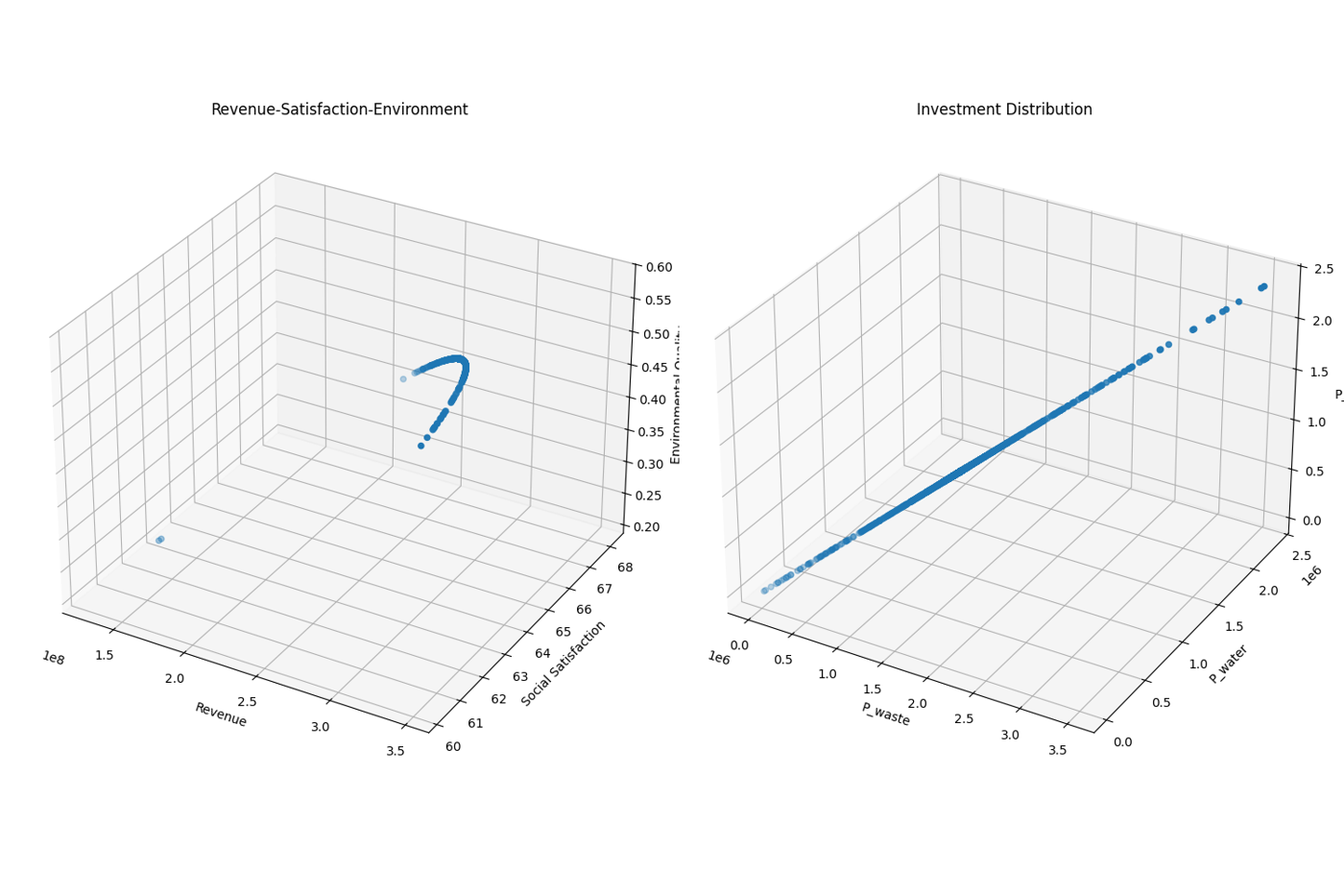
Repository: Kevinye0116/MCM
Script's output: python Coding/trial3.py
These files come from the project's save history. The script's output is drawn as it stood at one moment and after the next save; the edit follows.
The pictures are shown at 96% of full size.
Figures wider than 1,400 px are first shrunk to that width. Random numbers start from a fixed seed.

Above is the script's output before, as saved 2025-01-25 23:20:41.

### Coding/trial3.py
from typing import List, Tuple

import matplotlib.pyplot as plt
import numpy as np
from mpl_toolkits.mplot3d import Axes3D


class TourismOptimization:
    def __init__(self):
        # 模型系数
        self.k1 = 0.5  # 环保投资效率系数
        self.k2 = 0.3  # 碳排放影响系数
        self.k3 = 0.2  # 自然恢复系数
        self.k4 = 0.15  # 基础设施发展系数
        self.k5 = 0.15  # 废物处理投资系数
        self.k6 = 0.1  # 水资源投资系数
        self.k7 = 0.1  # 环保投资系数

        # 社会满意度参数
        self.a1 = -1.975284171471327e-11  # 游客数量对居民满意度的影响系数
        self.a2 = 4.772497706879391e-05  # 旅游税对游客满意度的影响系数
        self.a3 = 0.015  # 消费水平对游客满意度的影响系数
        self.b1 = 39.266042633247565  # 居民基础满意度
        self.b2 = 60  # 游客基础满意度

        # 约束条件上限
        self.Nt_max = 5000000  # 最大游客数量
        self.tau_max = 7  # 最大旅游税
        self.Pt = 190  # 固定游客消费为常数
        self.Pt_max = 190  # 更新最大游客消费为固定值
        self.CO2_max = 500000  # 最大碳排放量
        self.E = 0  # 最小环境质量指数

        # 其他参数
        self.CO2p = 0.184  # 人均碳排放量

        # 系统动态参数
        self.dt = 0.1  # 时间步长

        # 新增参数
        self.Cwater = 18900000  # 水资源容量
        self.Cwaste = 2549110  # 废物处理容量
        self.a4 = 0.01  # 游客数量对游客满意度的影响系数
        self.b3 = 10  # 废物处理基准增长率

    def calculate_revenue(self, x: np.ndarray) -> float:
        """计算总收入"""
        Nt, tau_t = x
        return self.Pt * Nt  # 使用固定的Pt值

    def calculate_social_satisfaction(self, x: np.ndarray) -> float:
        """计算社会满意度，确保满意度在0-100范围内"""
        Nt, tau_t = x

        # 居民满意度包含二次项
        S_residents = self.a1 * Nt * Nt + self.a2 * Nt + self.b1
        # 限制居民满意度在0-100范围内
        S_residents = np.clip(S_residents, 0, 100)

        # 游客满意度
        # S_tourists = self.a3 * self.Pt + self.a4 * Nt + self.b2
        # 限制游客满意度在0-100范围内
        # S_tourists = np.clip(S_tourists, 0, 100)

        # 加权平均
        return S_residents

    def calculate_environmental_quality(self, x: np.ndarray) -> float:
        """计算环境质量指数"""
        Nt, tau_t = x
        return (
            self.k1 * self.CO2p * Nt / self.CO2_max
            + self.k2 * Nt / self.Cwaste
            + self.k3 * Nt / self.Cwater
        )

    # def calculate_dCwaste_dt(self, x: np.ndarray) -> float:
    #     """计算废物处理容量的变化率 dCwaste/dt"""
    #     Nt, tau_t = x
    #     Pb = self.k5 * tau_t * Nt  # 基础设施投资
    #     return self.k4 * Pb + self.b3

    def calculate_investments(self, x: np.ndarray) -> Tuple[float, float, float]:
        """计算三种投资金额"""
        Nt, tau_t = x
        Re = self.calculate_revenue(x)  # 总收入
        P_waste = self.k5 * tau_t * Re / 100  # 废物处理投资
        P_water = self.k6 * tau_t * Re / 100  # 水资源投资
        P_e = self.k7 * tau_t * Re / 100  # 环保投资
        return P_waste, P_water, P_e

    def constraints(self, x: np.ndarray) -> List[float]:
        """检查所有约束条件"""
        Nt, tau_t = x
        constraints = [
            self.Nt_max - Nt,  # 游客数量上限约束
            self.tau_max - tau_t,  # 旅游税上限约束
            self.CO2_max - Nt * self.CO2p,  # 碳排放约束
            self.a1 * Nt * Nt + self.a2 * Nt + self.b1 - 60,  # 居民满意度最低要求
            Nt,  # 游客数量非负
            tau_t,  # 旅游税非负
            0.4 - (self.k5 + self.k6 + self.k7),  # 投资系数和的约束
        ]
        return constraints

    def is_feasible(self, x: np.ndarray) -> bool:
        """检查解是否满足所有约束条件"""
        return all(c >= 0 for c in self.constraints(x))

    def dominates(
        self,
        obj1: Tuple[float, float, float, float, float, float],
        obj2: Tuple[float, float, float, float, float, float],
    ) -> bool:
        """检查obj1是否支配obj2"""
        return (
            all(o1 >= o2 for o1, o2 in zip(obj1[:3], obj2[:3]))
            and all(o1 <= o2 for o1, o2 in zip(obj1[3:], obj2[3:]))
            and (
                any(o1 > o2 for o1, o2 in zip(obj1[:3], obj2[:3]))
                or any(o1 < o2 for o1, o2 in zip(obj1[3:], obj2[3:]))
            )
        )

    def crossover_and_mutate(
        self, parent1: np.ndarray, parent2: np.ndarray
    ) -> np.ndarray:
        """进行交叉和变异操作"""
        # 算术交叉
        alpha = np.random.random()
        child = alpha * parent1 + (1 - alpha) * parent2

        # 变异
        mutation_rate = 0.1
        if np.random.random() < mutation_rate:
            mutation_strength = 0.1
            child += np.random.normal(0, mutation_strength, size=2)

        # 确保在约束范围内
        child[0] = np.clip(child[0], 0, self.Nt_max)
        child[1] = np.clip(child[1], 0, self.tau_max)

        return child

    def pareto_optimization(
        self, population_size: int = 100, generations: int = 50
    ) -> List[np.ndarray]:
        """执行帕累托优化"""
        # 初始化种群
        population = []
        while len(population) < population_size:
            x = np.array(
                [
                    np.random.uniform(0, self.Nt_max),
                    np.random.uniform(0, self.tau_max),
                ]
            )
            if self.is_feasible(x):
                population.append(x)

        pareto_front = []
        for generation in range(generations):
            # 评估当前种群的目标函数值
            objectives = []
            for solution in population:
                if self.is_feasible(solution):
                    obj1 = self.calculate_revenue(solution)
                    obj2 = self.calculate_social_satisfaction(solution)
                    obj3 = self.calculate_environmental_quality(solution)
                    P_waste, P_water, P_e = self.calculate_investments(solution)
                    objectives.append((obj1, obj2, obj3, P_waste, P_water, P_e))
                else:
                    objectives.append(
                        (-np.inf, -np.inf, -np.inf, np.inf, np.inf, np.inf)
                    )

            # 更新帕累托前沿
            for i, solution in enumerate(population):
                if not self.is_feasible(solution):
                    continue
                dominated = False
                for j, other_solution in enumerate(population):
                    if (
                        i != j
                        and self.is_feasible(other_solution)
                        and self.dominates(objectives[j], objectives[i])
                    ):
                        dominated = True
                        break
                if not dominated:
                    pareto_front.append(solution)

            # 生成新种群
            new_population = []
            while len(new_population) < population_size:
                # 锦标赛选择
                tournament = np.random.choice(len(population), 2, replace=False)
                if objectives[tournament[0]][0] > objectives[tournament[1]][0]:
                    parent1 = population[tournament[0]]
                else:
                    parent1 = population[tournament[1]]

                tournament = np.random.choice(len(population), 2, replace=False)
                if objectives[tournament[0]][1] > objectives[tournament[1]][1]:
                    parent2 = population[tournament[0]]
                else:
                    parent2 = population[tournament[1]]

                # 交叉和变异
                child = self.crossover_and_mutate(parent1, parent2)
                if self.is_feasible(child):
                    new_population.append(child)

            population = new_population

        # 移除重复解
        pareto_front = np.unique(pareto_front, axis=0)
        return pareto_front

    def simulate_system(self, x: np.ndarray, time_steps: int = 10) -> List[dict]:
        """模拟系统动态变化"""
        history = []
        current_x = x.copy()
        current_Cwaste = self.Cwaste

        for t in range(time_steps):
            # 直接计算环境质量，而不是通过变化率
            current_E = self.calculate_environmental_quality(current_x)

            state = {
                "t": t * self.dt,
                "Nt": current_x[0],
                "tau_t": current_x[1],
                "Pt": self.Pt,
                "E": current_E,
                "Cwaste": current_Cwaste,
                "Revenue": self.calculate_revenue(current_x),
                "Satisfaction": self.calculate_social_satisfaction(current_x),
            }
            history.append(state)

            # 计算其他状态变量的变化率
            # dCwaste = self.calculate_dCwaste_dt(current_x) * self.dt

            # 更新状态变量
            # current_Cwaste += dCwaste

        return history

    def visualize_pareto_front(self, pareto_front: List[np.ndarray]):
        """可视化帕累托前沿"""
        if len(pareto_front) == 0:
            print("No feasible solutions found!")
            return

        objectives = np.array(
            [
                [
                    self.calculate_revenue(x),
                    self.calculate_social_satisfaction(x),
                    self.calculate_environmental_quality(x),
                    *self.calculate_investments(x),
                ]
                for x in pareto_front
            ]
        )

        # 创建多个子图来显示不同的目标组合
        fig = plt.figure(figsize=(15, 10))

        # 收入-满意度-环境质量
        ax1 = fig.add_subplot(121, projection="3d")
        scatter1 = ax1.scatter(objectives[:, 0], objectives[:, 1], objectives[:, 2])
        ax1.set_xlabel("Revenue")
        ax1.set_ylabel("Social Satisfaction")
        ax1.set_zlabel("Environmental Quality")
        ax1.set_title("Revenue-Satisfaction-Environment")

        # 三种投资的对比
        ax2 = fig.add_subplot(122, projection="3d")
        scatter2 = ax2.scatter(objectives[:, 3], objectives[:, 4], objectives[:, 5])
        ax2.set_xlabel("P_waste")
        ax2.set_ylabel("P_water")
        ax2.set_zlabel("P_e")
        ax2.set_title("Investment Distribution")

        plt.tight_layout()
        plt.show()

    def plot_simulation_results(self, history: List[dict]):
        """绘制模拟结果"""
        t = [state["t"] for state in history]
        Nt = [state["Nt"] for state in history]
        E = [state["E"] for state in history]
        Cwaste = [state["Cwaste"] for state in history]  # 新增废物处理容量数据
        Revenue = [state["Revenue"] for state in history]
        Satisfaction = [state["Satisfaction"] for state in history]

        fig, axes = plt.subplots(3, 2, figsize=(15, 15))  # 增加图表数量

        # 游客数量变化
        axes[0, 0].plot(t, Nt)
        axes[0, 0].set_title("Tourist Numbers")
        axes[0, 0].set_xlabel("Time")
        axes[0, 0].set_ylabel("Nt")

        # 环境质量变化
        axes[0, 1].plot(t, E)
        axes[0, 1].set_title("Environmental Quality")
        axes[0, 1].set_xlabel("Time")
        axes[0, 1].set_ylabel("E")

        # 废物处理容量变化
        axes[2, 0].plot(t, Cwaste)
        axes[2, 0].set_title("Waste Treatment Capacity")
        axes[2, 0].set_xlabel("Time")
        axes[2, 0].set_ylabel("Cwaste")

        # 收入和满意度变化
        ax2 = axes[1, 1].twinx()
        (l1,) = axes[1, 1].plot(t, Revenue, "b-", label="Revenue")
        (l2,) = ax2.plot(t, Satisfaction, "r-", label="Satisfaction")
        axes[1, 1].set_xlabel("Time")
        axes[1, 1].set_ylabel("Revenue", color="b")
        ax2.set_ylabel("Satisfaction", color="r")
        axes[1, 1].legend(handles=[l1, l2])

        plt.tight_layout()
        plt.show()


def main():
    # Set random seed for reproducibility
    np.random.seed(42)

    # Create optimizer instance
    optimizer = TourismOptimization()

    # Execute Pareto optimization
    print("Performing Pareto optimization...")
    pareto_front = optimizer.pareto_optimization(population_size=100, generations=50)

    # Visualize Pareto front
    print(f"Found {len(pareto_front)} Pareto optimal solutions")
    optimizer.visualize_pareto_front(pareto_front)

    # Print all Pareto optimal solutions
    print("\nAll Pareto optimal solutions:")
    for i, solution in enumerate(pareto_front, 1):
        P_waste, P_water, P_e = optimizer.calculate_investments(solution)
        print(f"\nSolution {i}:")
        print(f"Tourist Numbers: {solution[0]:.0f}")
        print(f"Tourism Tax: {solution[1]:.2f}")
        print(f"Tourist Consumption: {optimizer.Pt:.2f}")
        print(f"Expected Revenue: {optimizer.calculate_revenue(solution):.2f}")
        print(
            f"Social Satisfaction: {optimizer.calculate_social_satisfaction(solution):.2f}"
        )
        print(
            f"Environmental Quality: {optimizer.calculate_environmental_quality(solution):.2f}"
        )
        print(f"Waste Treatment Investment: {P_waste:.2f}")
        print(f"Water Resource Investment: {P_water:.2f}")
        print(f"Environmental Investment: {P_e:.2f}")

    # Select an example solution for system dynamics simulation
    # if len(pareto_front) > 0:
    #     # Choose the solution with highest revenue as example
    #     example_solution = max(
    #         pareto_front, key=lambda x: optimizer.calculate_revenue(x)
    #     )

    #     print("\nSelected example solution (highest revenue):")
    #     print(f"Tourist Numbers: {example_solution[0]:.0f}")
    #     print(f"Tourism Tax: {example_solution[1]:.2f}")
    #     print(f"Tourist Consumption: {example_solution[2]:.2f}")
    #     print(f"Expected Revenue: {optimizer.calculate_revenue(example_solution):.2f}")
    #     print(
    #         f"Social Satisfaction: {optimizer.calculate_social_satisfaction(example_solution):.2f}"
    #     )
    #     print(
    #         f"Environmental Quality: {optimizer.calculate_environmental_quality(example_solution):.2f}"
    #     )

    #     # Simulate system dynamics
    #     # print("\nSimulating system dynamics...")
    #     history = optimizer.simulate_system(example_solution, time_steps=50)

    #     # Visualize simulation results
    #     # optimizer.plot_simulation_results(history)
    # else:
    #     print("No feasible solutions found!")


if __name__ == "__main__":
    main()

After the next save:
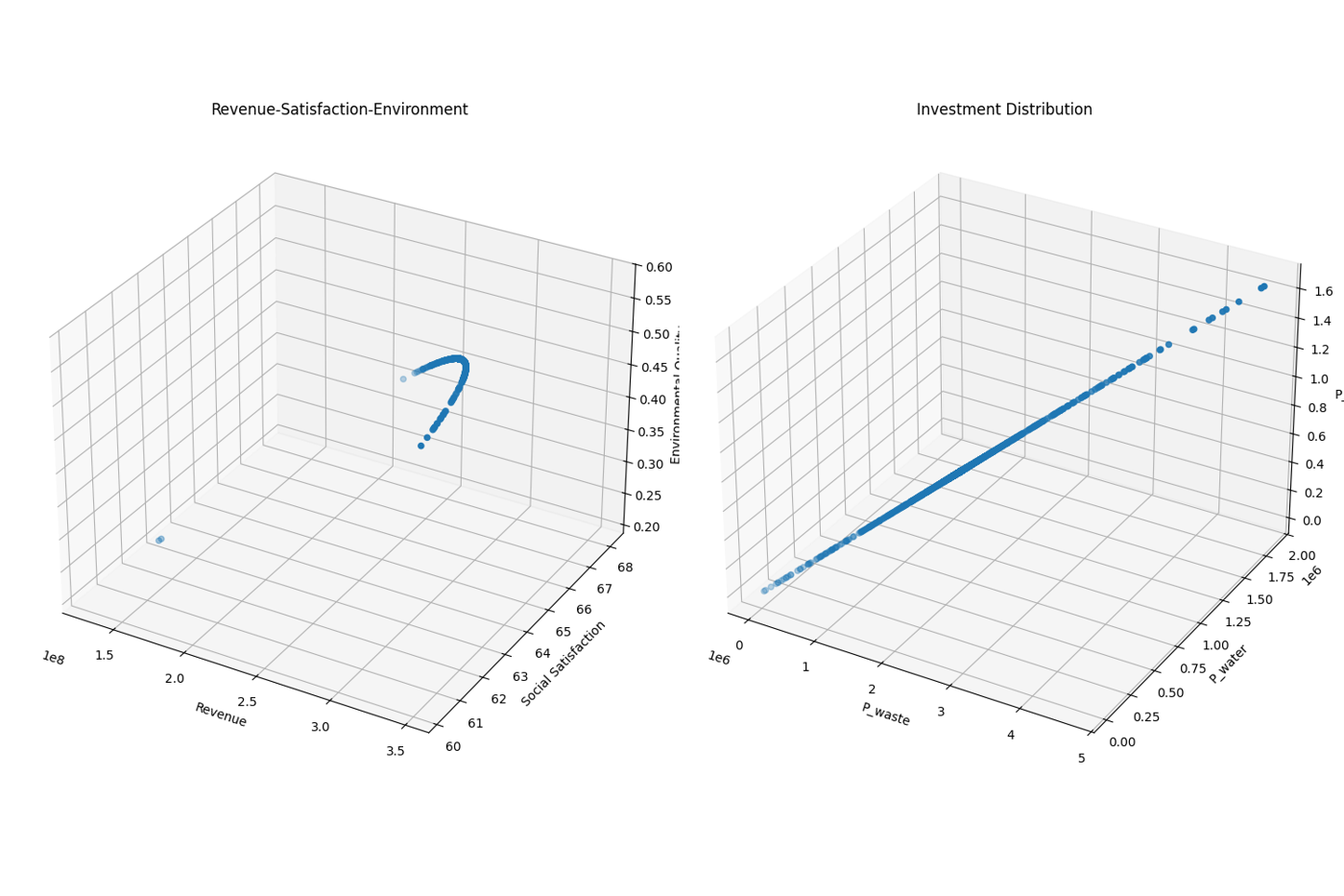
Saved 36 s later.
--- a/Coding/trial3.py
+++ b/Coding/trial3.py
@@ -12,9 +12,9 @@ class TourismOptimization:
         self.k2 = 0.3  # 碳排放影响系数
         self.k3 = 0.2  # 自然恢复系数
         self.k4 = 0.15  # 基础设施发展系数
-        self.k5 = 0.15  # 废物处理投资系数
-        self.k6 = 0.1  # 水资源投资系数
-        self.k7 = 0.1  # 环保投资系数
+        self.k5 = 0.20  # 废物处理投资系数
+        self.k6 = 0.08  # 水资源投资系数
+        self.k7 = 0.07  # 环保投资系数
 
         # 社会满意度参数
         self.a1 = -1.975284171471327e-11  # 游客数量对居民满意度的影响系数
